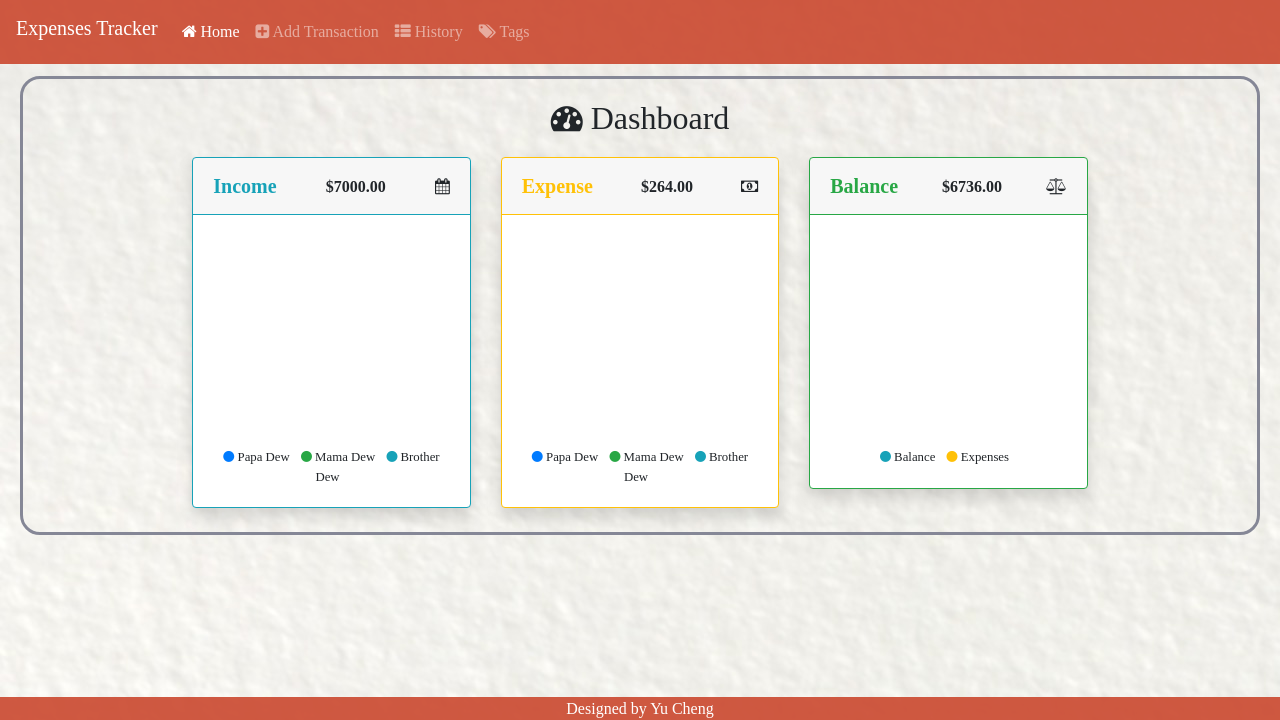
Repository: yucheng91/CI3-expenses-manager
Page: http://localhost/home
The author's editor kept a record of every edit. The page is drawn from the files as they stood at one moment, then again after the next edit.
The browser window is 1280 px wide. The pictures show the whole page.
Some web fonts or font styles are not loaded; a fallback is used. Some web libraries are served in a nearby version. The page is served by the project's application, run on Flask 3 (app.py). The database holds what the project's SQL file puts in it.

Above is the page before.
Console error: ReferenceError: None is not defined

After the next edit:
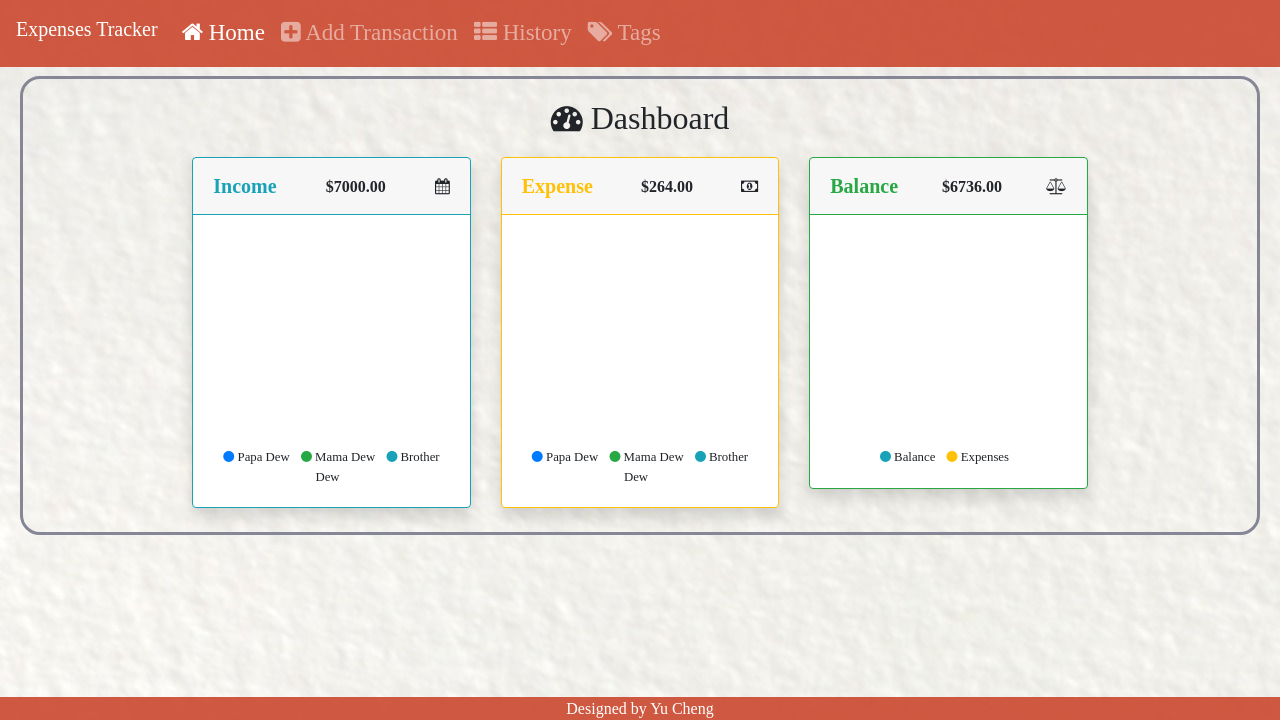
The edit:
--- a/static/css/style.css
+++ b/static/css/style.css
@@ -8,7 +8,7 @@
     color: white;
 }
 
-header a {
+nav a {
     color: white;
     font-family: 'Nanum Pen Script', cursive;
     font-size: 23px;

After the edit that followed:
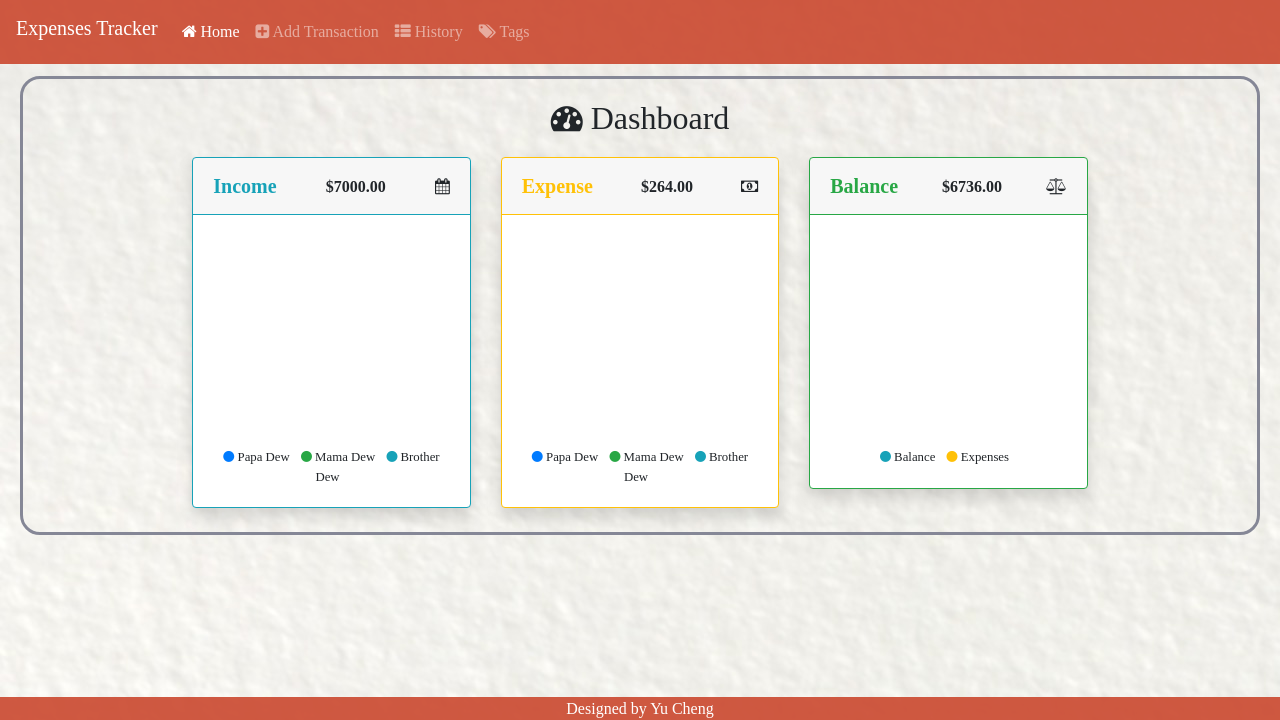
The edit:
--- a/static/css/style.css
+++ b/static/css/style.css
@@ -10,8 +10,7 @@
 
 nav a {
     color: white;
-    font-family: 'Nanum Pen Script', cursive;
-    font-size: 23px;
+    font-family: 'Gaegu', cursive;
     text-decoration: none;
 }
 
